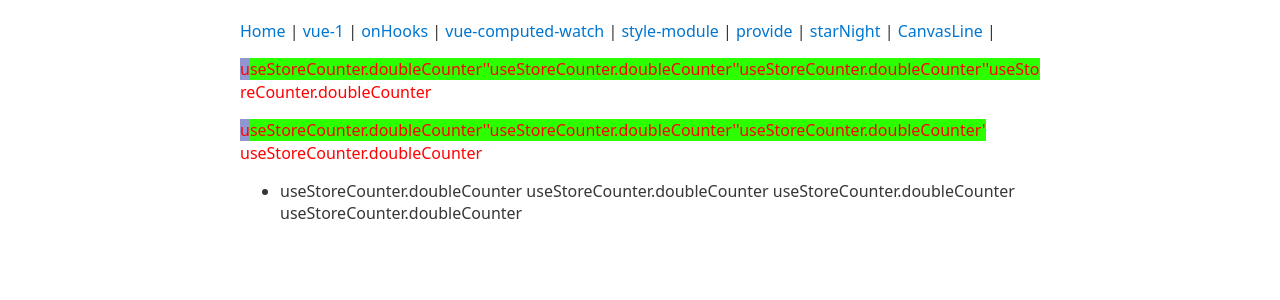
Repository: 596178924/vue3-ts-html
Page: /
The author's editor kept a copy of each file at every save. The page is drawn from the files as they stood at one save, then again after the next save.
The browser window is 1280 px wide. The pictures show the whole page.
The project was rebuilt for these pictures with package versions that can differ from the ones it lists, and the page was loaded fresh each time. Also part of the build but not shown: vue.config.js.

Above is the page before, as saved 2022-02-15 16:39:43.

After the next save:
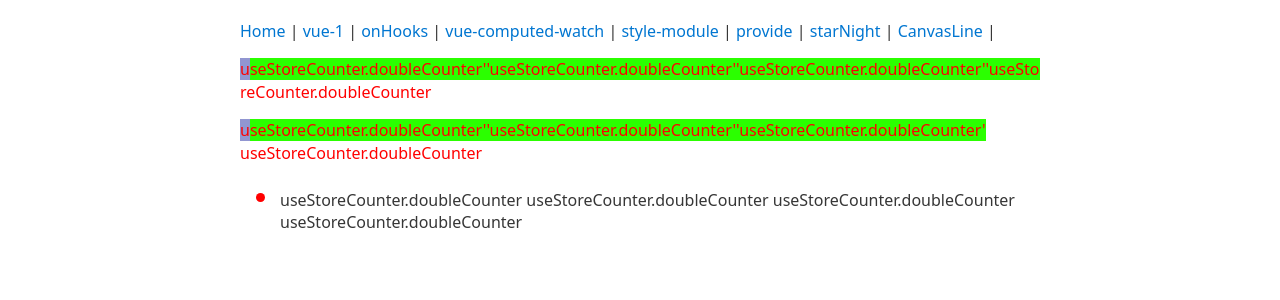
Saved 13 s later.
--- a/src/views/Home.vue
+++ b/src/views/Home.vue
@@ -7,7 +7,7 @@
 			useStoreCounter.doubleCounter''useStoreCounter.doubleCounter''useStoreCounter.doubleCounter'
 			<span>useStoreCounter.doubleCounter</span>
 		</p>
-		<ul>
+		<ul class="list">
 			<li>
 				useStoreCounter.doubleCounter
 				useStoreCounter.doubleCounter
